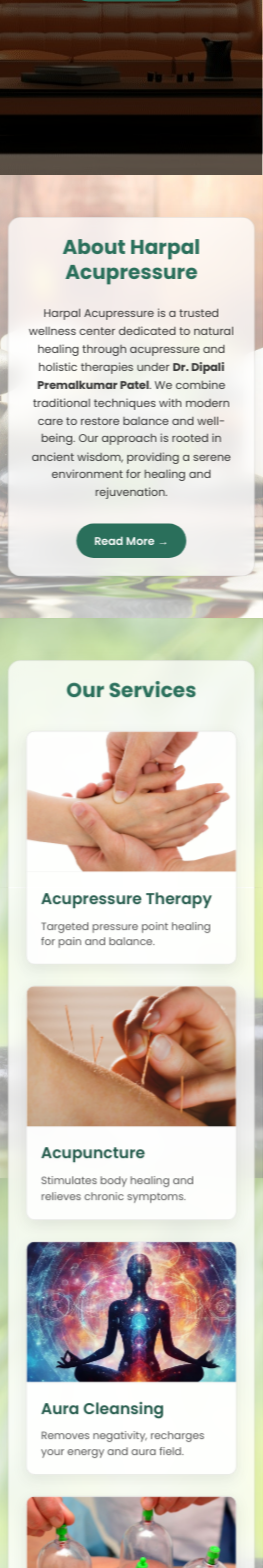
Repository: swasthiik/my-websites
Page: index.html
An editor plug-in stored every save of this project. The page is shown before and after the next save, followed by the edit.
The browser window is 375 px wide. The pictures show the part of the page from y = 670 to 2910 px (the page is 6734 px tall before and 6702 px after), at 70% of full size.
Backgrounds fixed to the window are drawn as part of the page.

Above is the page before, as saved 2025-11-01 09:56:38.

After the next save:
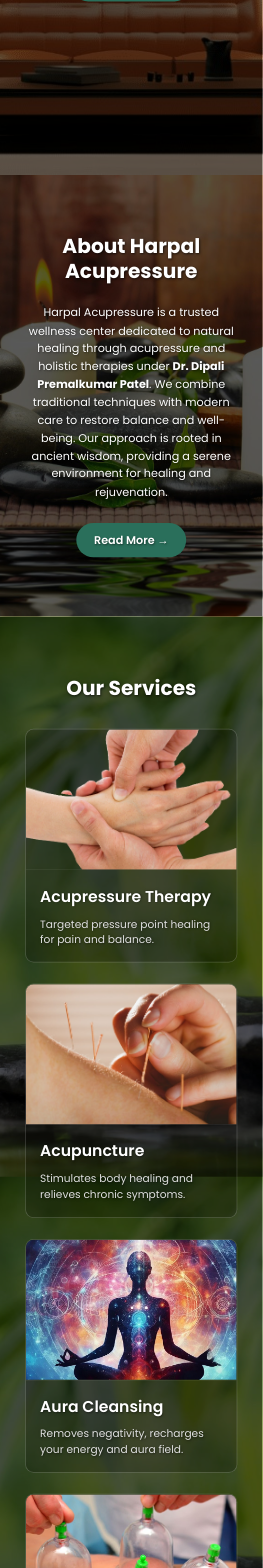
Saved 5 min 51 s later.
--- a/style.css
+++ b/style.css
@@ -10,7 +10,7 @@
     --text-color-dark: #333333;
     --text-color-light: #FFFFFF;
     --bg-color: #F8F9FA;
-    --glass-card-bg: rgba(255, 255, 255, 0.75);
+    --glass-card-bg: rgba(255, 255, 255, 0.75); /* No longer used in the same way */
     --glass-card-border: rgba(0, 0, 0, 0.1);
     --glass-card-shadow: rgba(0, 0, 0, 0.08);
     --header-height: 80px;
@@ -36,7 +36,7 @@ header {
     color: var(--text-color-light);
     padding: 15px 5%;
     display: flex;
-    justify-content: space-between; /* This positions children at opposite ends */
+    justify-content: space-between;
     align-items: center;
     box-shadow: 0 2px 8px rgba(0,0,0,0.1);
     position: fixed;
@@ -47,29 +47,10 @@ header {
     height: var(--header-height);
     box-sizing: border-box;
 }
-
-/* STYLES for the left side of the header */
-.header-left {
-    display: flex;
-    align-items: center;
-    gap: 15px; /* Adds space between the logo and the name */
-}
-
-.header-logo {
-    height: 50px; /* Adjust the logo size as you need */
-    width: auto;
-    border-radius: 50%; /* Makes logo circular if it's square */
-}
-
-.brand-name {
-    color: var(--text-color-light);
-    font-size: 1.6em; /* Adjust the font size as you need */
-    font-weight: 700;
-}
-.brand-name:hover {
-    color: var(--text-color-light); /* Keeps color the same on hover */
-}
-
+.header-left { display: flex; align-items: center; gap: 15px; }
+.header-logo { height: 50px; width: auto; border-radius: 50%; }
+.brand-name { color: var(--text-color-light); font-size: 1.6em; font-weight: 700; }
+.brand-name:hover { color: var(--text-color-light); }
 .nav-menu { display: flex; }
 .nav-menu ul { list-style: none; margin: 0; padding: 0; display: flex; gap: 25px; }
 .nav-menu a { color: var(--text-color-light); font-weight: 400; padding: 8px 12px; position: relative; transition: all 0.3s ease; border-radius: 5px; }
@@ -97,25 +78,91 @@ section { padding: 80px 5%; position: relative; background-attachment: fixed; ba
 #services { background-image: url('images/background3.jpg'); }
 #contact-section-home { background-image: url('images/background5.jpg'); }
 #contact-page { background-image: url('images/background5.jpg'); }
-section::before { content: ''; position: absolute; inset: 0; background-color: rgba(255, 255, 255, 0.6); z-index: 0; }
-.glass-section .section-card { background: var(--glass-card-bg); border-radius: 18px; padding: 40px; box-shadow: 0 8px 32px 0 var(--glass-card-shadow); backdrop-filter: blur(12px); -webkit-backdrop-filter: blur(12px); border: 1px solid var(--glass-card-border); max-width: 1200px; width: 100%; z-index: 1; color: var(--text-color-dark); text-align: center; box-sizing: border-box; }
-.glass-section h2 { font-size: 2.8em; margin-bottom: 30px; color: var(--primary-color); text-shadow: none; }
+
+/* ==== MODIFIED: Changed the white overlay to a dark one for better readability ==== */
+section::before {
+    content: '';
+    position: absolute;
+    inset: 0;
+    background-color: rgba(0, 0, 0, 0.65); /* Was rgba(255, 255, 255, 0.6) */
+    z-index: 0;
+}
+
+/* ==== MODIFIED: Removed the glass card background and changed text to white ==== */
+.glass-section .section-card {
+    background: transparent; /* Was var(--glass-card-bg) */
+    border-radius: 0;
+    padding: 40px;
+    box-shadow: none; /* Was 0 8px 32px 0 var(--glass-card-shadow) */
+    backdrop-filter: none; /* Was blur(12px) */
+    -webkit-backdrop-filter: none; /* Was blur(12px) */
+    border: none; /* Was 1px solid var(--glass-card-border) */
+    max-width: 1200px;
+    width: 100%;
+    z-index: 1;
+    color: var(--text-color-light); /* Was var(--text-color-dark) */
+    text-align: center;
+    box-sizing: border-box;
+    text-shadow: 1px 1px 3px rgba(0,0,0,0.5); /* Added for readability */
+}
+
+/* ==== MODIFIED: Changed heading color to white ==== */
+.glass-section h2 {
+    font-size: 2.8em;
+    margin-bottom: 30px;
+    color: var(--text-color-light); /* Was var(--primary-color) */
+    text-shadow: 1px 1px 4px rgba(0,0,0,0.7); /* Added for readability */
+}
+
 
 /* ============================ */
 /* ==== SERVICES & CONTACT ==== */
 /* ============================ */
 .services-grid { display: grid; grid-template-columns: repeat(auto-fit, minmax(280px, 1fr)); gap: 30px; margin-top: 40px; }
-.service-card { background: rgba(255, 255, 255, 0.85); border-radius: 12px; overflow: hidden; box-shadow: 0 6px 20px 0 var(--glass-card-shadow); border: 1px solid var(--glass-card-border); transition: transform 0.3s ease, box-shadow 0.3s ease; text-align: left; display: flex; flex-direction: column; }
-.service-card:hover { transform: translateY(-8px); box-shadow: 0 12px 40px 0 var(--glass-card-shadow); }
-.service-card img { width: 100%; height: 200px; object-fit: cover; display: block; border-bottom: 1px solid rgba(0, 0, 0, 0.05); }
+
+/* ==== MODIFIED: Made service cards transparent with a subtle border ==== */
+.service-card {
+    background: rgba(0, 0, 0, 0.2); /* Was rgba(255, 255, 255, 0.85) */
+    border-radius: 12px;
+    overflow: hidden;
+    box-shadow: none; /* Was 0 6px 20px 0 var(--glass-card-shadow) */
+    border: 1px solid rgba(255, 255, 255, 0.2); /* Changed to a light border */
+    transition: transform 0.3s ease, background-color 0.3s ease;
+    text-align: left;
+    display: flex;
+    flex-direction: column;
+}
+
+.service-card:hover {
+    transform: translateY(-8px);
+    background-color: rgba(0, 0, 0, 0.3);
+}
+
+.service-card img { width: 100%; height: 200px; object-fit: cover; display: block; border-bottom: 1px solid rgba(255, 255, 255, 0.1); }
 .service-card .svc-body { padding: 20px; flex-grow: 1; }
-.service-card .svc-title { font-size: 1.4em; font-weight: 600; color: var(--secondary-color); margin-bottom: 10px; }
-.service-card .svc-text { font-size: 0.95em; color: #555555; line-height: 1.5; }
-.contact-left h3, .contact-center h3, .quick-links h4 { color: var(--text-color-dark); }
-.quick-links a { color: #555; }
-.final-line { color: var(--primary-color); border-top: 1px solid rgba(0,0,0,0.1); }
+
+/* ==== MODIFIED: Changed service text colors to be light ==== */
+.service-card .svc-title {
+    font-size: 1.4em;
+    font-weight: 600;
+    color: var(--text-color-light); /* Was var(--secondary-color) */
+    margin-bottom: 10px;
+}
+.service-card .svc-text {
+    font-size: 0.95em;
+    color: #e0e0e0; /* Was #555555 */
+    line-height: 1.5;
+}
+
+/* ==== MODIFIED: Changed contact section text to be light ==== */
+.contact-left h3, .contact-center h3, .quick-links h4 {
+    color: var(--text-color-light);
+}
+.quick-links a { color: #dddddd; }
+.final-line { color: var(--accent-color); border-top: 1px solid rgba(255,255,255,0.2); }
 #contact-section-home .social-btns img { width: 60px; height: 60px; transition: transform 0.3s ease; border-radius: 12px; }
 #contact-section-home .social-btns img:hover { transform: scale(1.1); }
+
 
 /* ============================ */
 /* ==== MOBILE & RESPONSIVE ==== */
@@ -140,8 +187,6 @@ section::before { content: ''; position: absolute; inset: 0; background-color: r
     .about-content-grid, .contact-section-home .inner, #contact-page .inner { grid-template-columns: 1fr; text-align: center; }
     .services-grid { grid-template-columns: 1fr; }
     .social-btns, .btn-area { justify-content: center; }
-
-    /* Responsive styles for header logo and name */
     .brand-name { font-size: 1.3em; }
     .header-logo { height: 40px; }
 }
@@ -154,9 +199,5 @@ section::before { content: ''; position: absolute; inset: 0; background-color: r
     .glass-section .section-card { padding: 25px; }
     .glass-section h2 { font-size: 1.8em; }
     .contact-left h3, .contact-center h3, .quick-links h4 { font-size: 1.4em; }
-
-    /* On very small screens, hide the name to save space */
-    .brand-name {
-        display: none;
-    }
-}
+    .brand-name { display: none; }
+}
